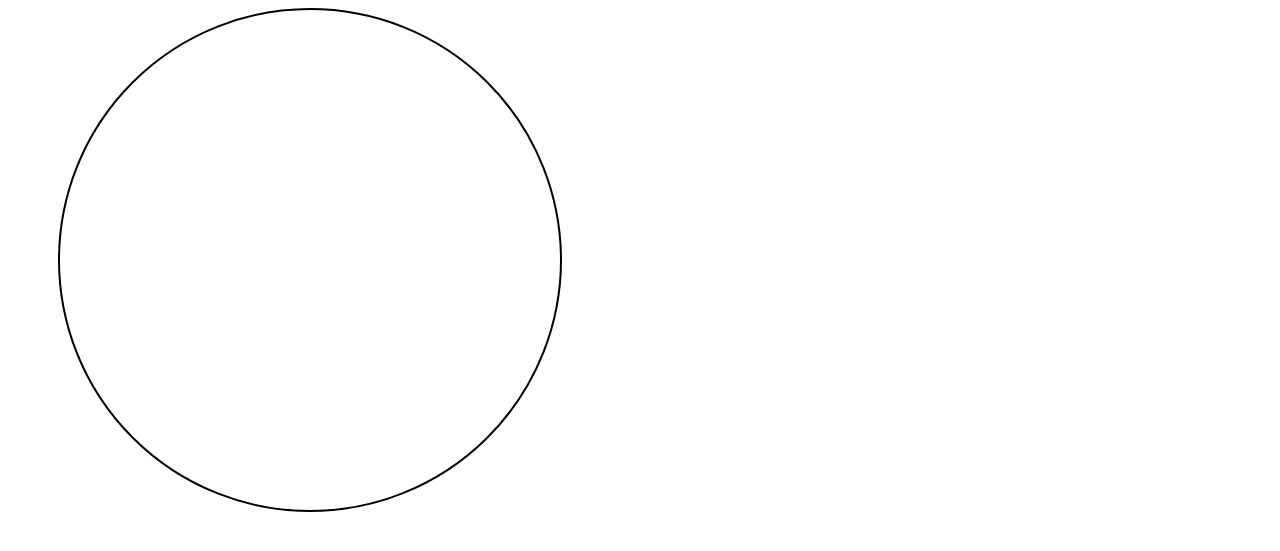
Repository: Lungdjos/ferris_wheel
Page: index.html
These files come from the project's save history. The page is drawn as it stood at one moment and after a run of saves; the edit follows.
The browser window is 1280 px wide. The pictures show the whole page.

Above is the page before, as saved 2024-01-08 11:10:58.

After the next 4 saves:
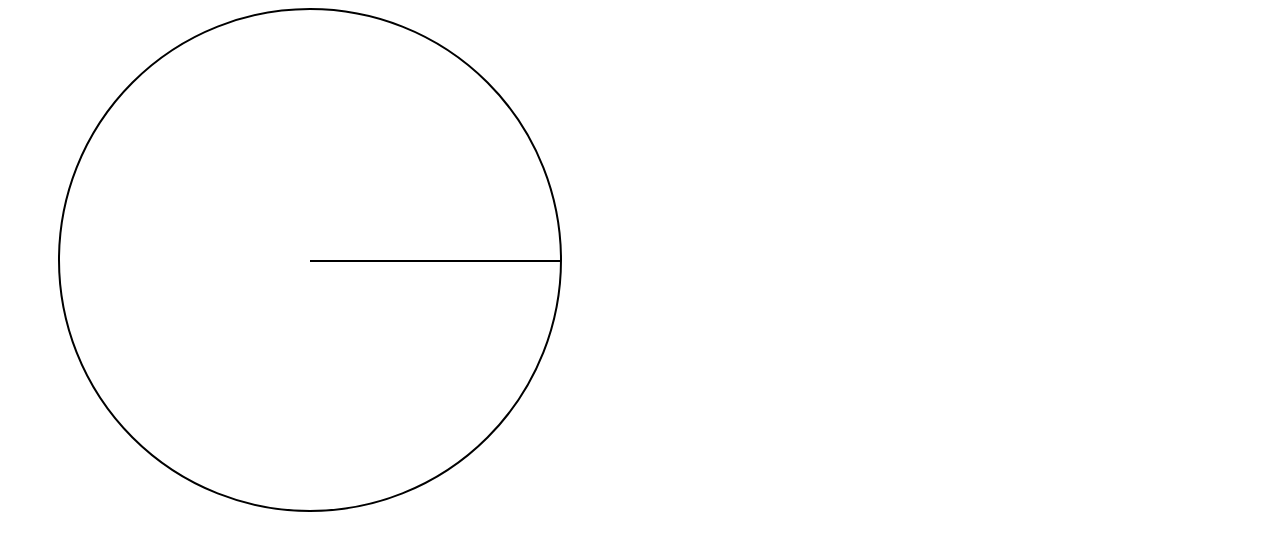
The 4 saves are shown as one change because they came seconds apart.
The last was saved 11 s later.
--- a/styles.css
+++ b/styles.css
@@ -13,5 +13,7 @@
     background-color: black;
     height: 2px;
     width: 50%;
-    top: 50%
+    top: 50%;
+    left: 50%;
+    position: inherit;
 }
